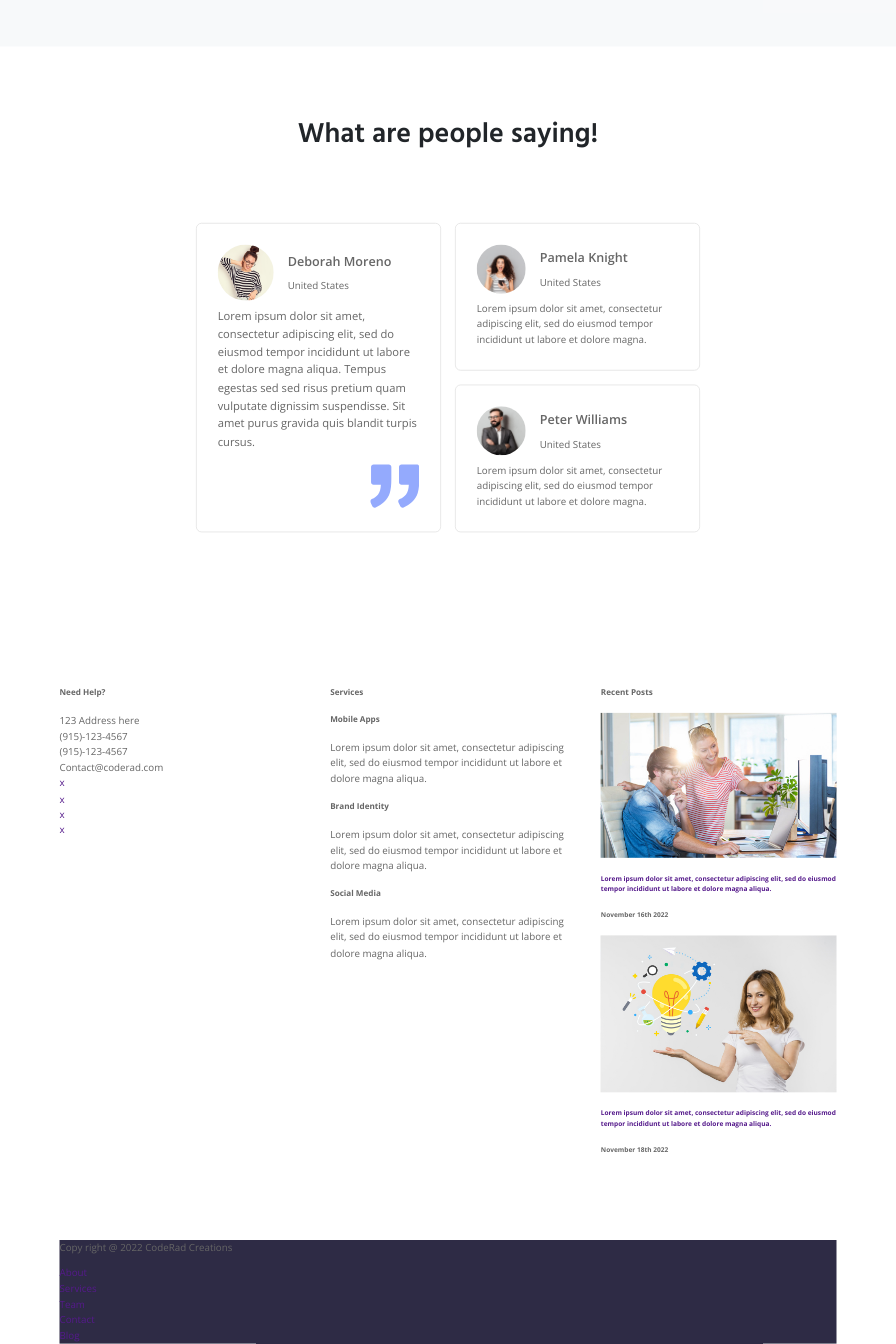
Repository: Sc-Juju/CodeRad
Page: index.html
These files come from the project's save history. The page is drawn as it stood at one moment and after the next save; the edit follows.
The browser window is 1280 px wide. The pictures show the part of the page from y = 3248 to 5168 px (the page is 5168 px tall), at 70% of full size.

Above is the page before, as saved 2022-11-16 10:09:31.

After the next save:
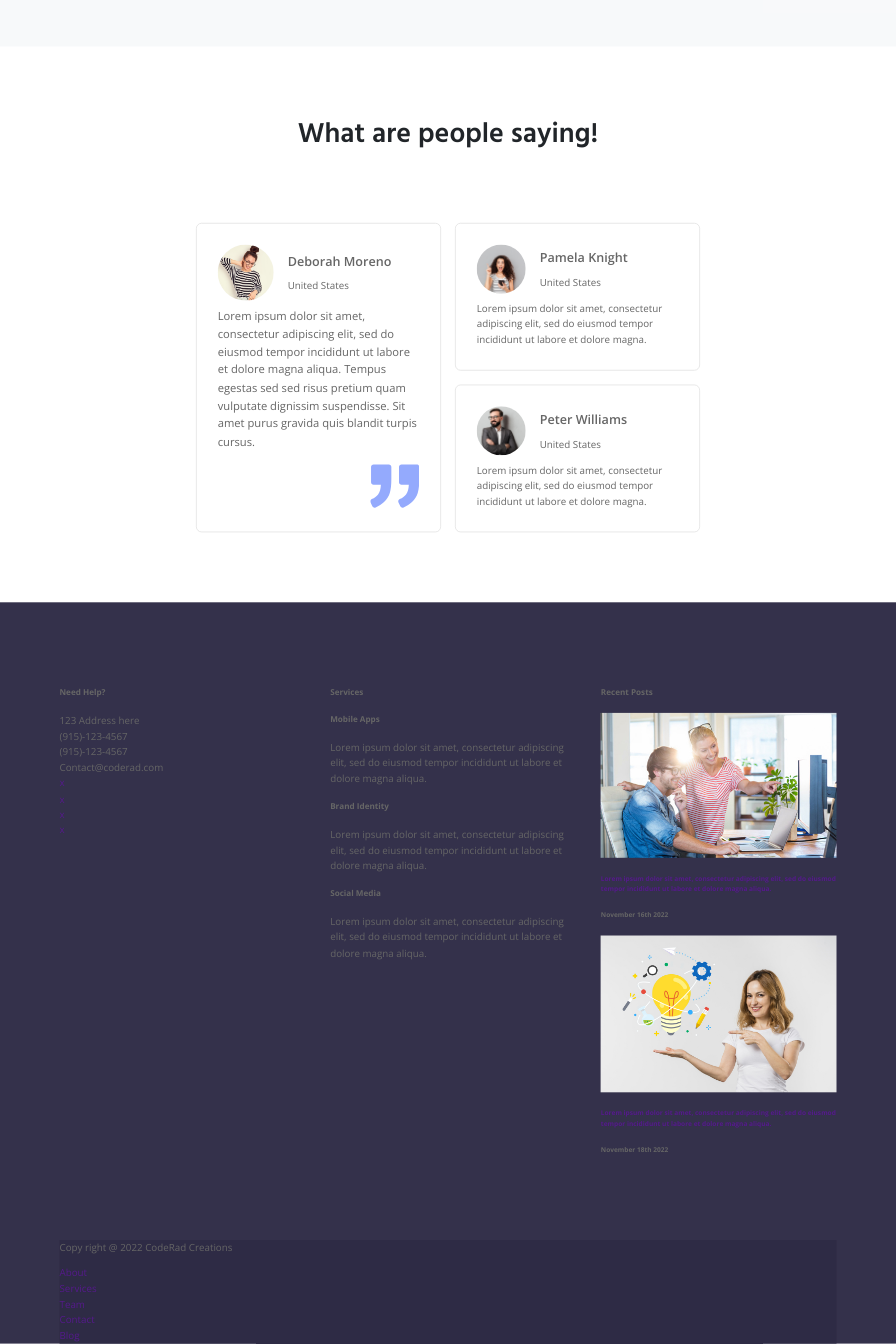
Saved 112 s later.
--- a/css/styles.css
+++ b/css/styles.css
@@ -257,7 +257,7 @@
     line-height: 1.6;
 }
 
-footer .bg-footer{ background-color: var(--footer);}
+footer.bg-footer{ background-color: var(--footer);}
 footer .footer-bottom{ background-color: var(--footer-base);}
 
 footer .footer-top {

After the save that followed:
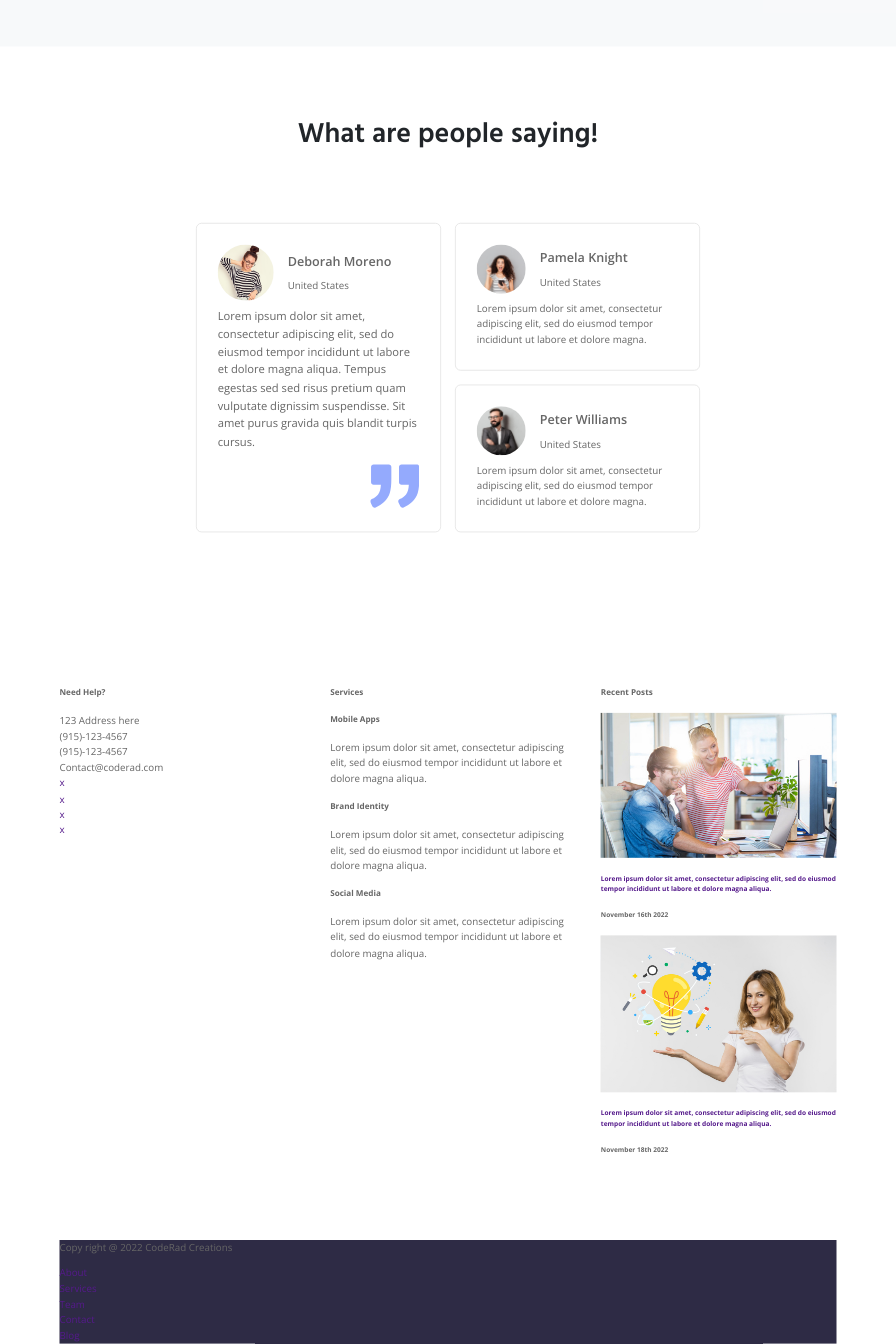
Saved 20 s later.
--- a/css/styles.css
+++ b/css/styles.css
@@ -257,7 +257,7 @@
     line-height: 1.6;
 }
 
-footer.bg-footer{ background-color: var(--footer);}
+footer .bg-footer{ background-color: var(--footer);}
 footer .footer-bottom{ background-color: var(--footer-base);}
 
 footer .footer-top {
